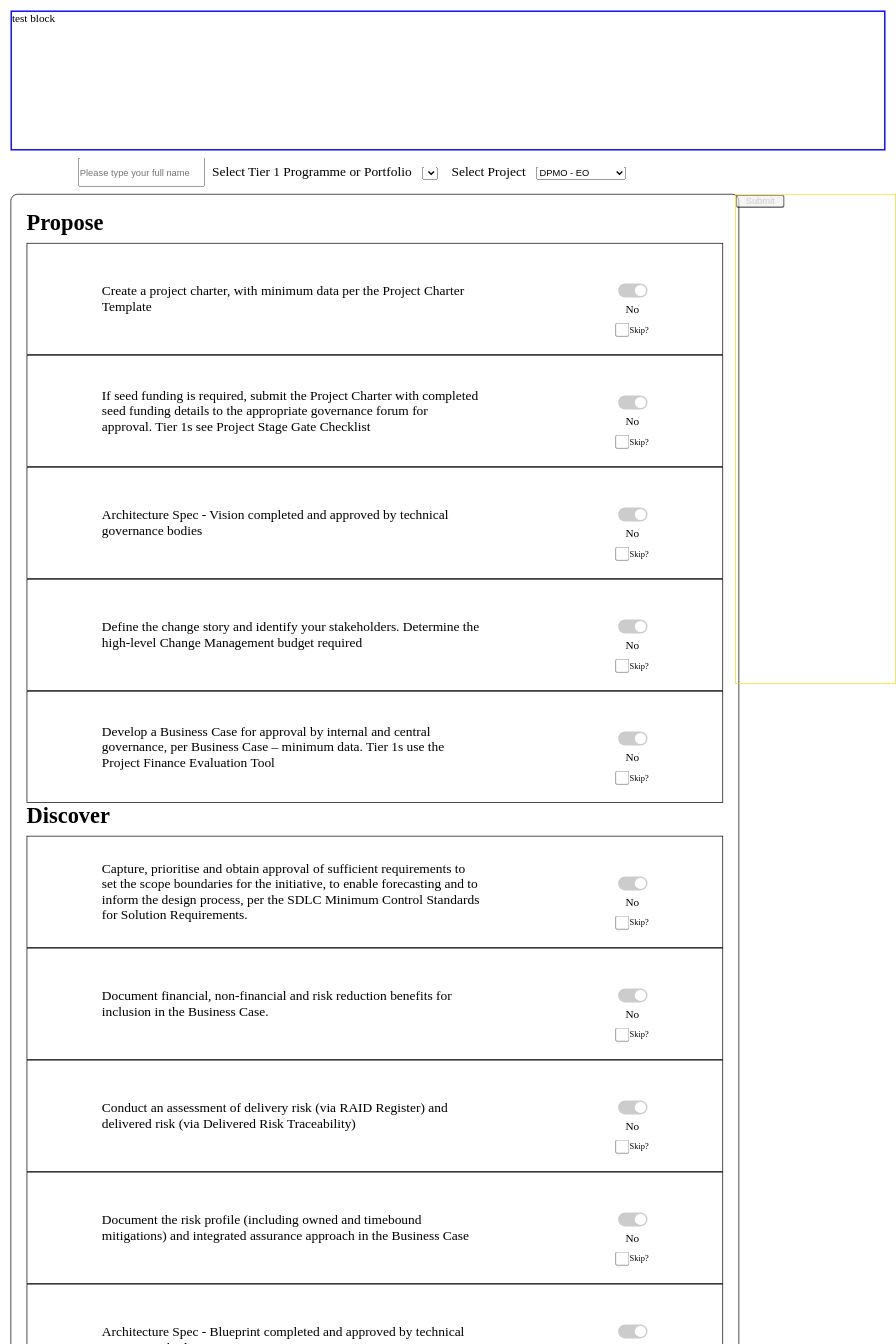
Repository: I-Alpha/JQuery-Html-form
Page: Project-form.html
The author's editor kept a copy of each file at every save. The page is drawn from the files as they stood at one save, then again after a run of saves.
The browser window is 1280 px wide. The pictures show the part of the page from y = 0 to 1920 px (the page is 16897 px tall before and 8709 px after), at 70% of full size.

Above is the page before, as saved 2020-10-27 00:43:57.

### Project-form.html
<!DOCTYPE html>
<html lang="en">

<head>
    <meta charset="UTF-8">
    <meta name="viewport" content="width=device-width, initial-scale=1.0">
    <link rel="preload" type="fetch" id="Excelfile" name="Excelfile" value="QuestionData.xlsx" />
    <script src="https://ajax.googleapis.com/ajax/libs/jquery/3.5.1/jquery.min.js"></script>
    <script src="https://cdnjs.cloudflare.com/ajax/libs/xlsx/0.14.5/xlsx.full.min.js"></script>
    <script src="https://cdnjs.cloudflare.com/ajax/libs/babel-polyfill/6.26.0/polyfill.js"></script>
    <script src="https://cdnjs.cloudflare.com/ajax/libs/xlsx/0.8.0/jszip.js"></script>
    <script src="https://cdnjs.cloudflare.com/ajax/libs/xlsx/0.8.0/xlsx.js"></script>
    <script src="main.js"></script>
    <link rel="stylesheet" href="main.css" />
    </style>
    <title>Document</title>
</head>

<body style=" display:flex; flex-direction: column; padding: 15px">
    <div id="testblock" name="testblock" style="border:2px solid blue; width: 100%; min-height:200px">test block</div>


    <div id="mainwrapper" style="justify-content: center;">
        <div id="preBar" class="container">
            <div id="formControl" class="container">    <input type= "text" id= "fullname" class= "required" placeholder="Please type your full name"></input>
                <label for="selectPorfolio">Select Tier 1 Programme or Portfolio
                    <select name="selectPorfolio" id="selectPorfolio" style=" margin :0 0 0 10px; max-width:8rem;"
                        placeholder="Select Portfolio"></select></label>
                <label for="selectProject">Select Project
                    <select name="selectProject" id="selectProject" style=" margin :0 0 0 10px; max-width:8rem; "
                        placeholder="Select Portfolio"></select></label>
            </div>

        </div>
        <div id="formContainer" class="container">
            <div id="wrapper">
                <form id="form1">

                    <table class="hidden">
                        <tr>
                            <td colspan=4 class="questCol">
                                <label class="questionLabel" for="mainCheck"></label>
                            </td>
                            <td colspan=1 class="inputCol">
                                <span class="inputContainer">
                                    <span class="mainCheckContainer" style=" display:flex; flex-direction: column;">
                                        <label class="switch">
                                            <input class="mainCheck" type="checkbox" checked>
                                            <span class="slider  round"></span>
                                        </label>
                                        <p for="mainCheck" class="mainChoice" data-val="Yes">No</p>
                                    </span>
                                    <span class="skipContainer" style="left : 6px; display:flex; ">
                                        <input class="skipCheck" type="checkbox">
                                        <p class="skipChoice">Skip?</p>
                                    </span>

                                </span>
                            </td>
                            <td colspan=2 class="altCol">
                                <input type="date" min="getDate()">
                                <textarea type="text"
                                    placeholder="Please specify a reason for your choice...."></textarea>
                            </td>
                        </tr>
                    </table>

                </form>
            </div><div></div>
            <div id= "progressBar"  style ="border : 1px solid gold ; width :230px; right: 0;  position: fixed; height: 700px">
            <button style="order:1; margin:0;" class = "disabled"id="submitbtn" type="submit" form="form1" value="Submit">Submit</button>
        </div>
        </div>

    </div>

</body>

</html>

### main.css

    * {
        box-sizing: border-box;
        margin: 0;
        padding: 0;
        color: black;

    }

    html {
        width: 100%;
        height: 100%;

    }


    label{
        font-size:.9rem;
       }

    body {
        width: 100%;
        height: 100%;
        display: flex;
        position: relative;
        flex-direction: column;
    }

    .hidden{
    display:none;
    visibility: none;
    opacity: 0;
   position:absolute;
    }
    .center {

        text-align: center;
    }

    .container {
        display: flex;
        position: relative;
    }


    h1 {
        margin-bottom: 10px;
    }

    #wrapper {
        border: solid 1px black;
        border-radius: 10px;
        padding: 20px;
        margin-bottom: 10px;

    }

    #mainwrapper{
        max-width: 98%;
    }
    p {
        color: black;
        font-size: 1rem;
        height: auto;
        width: auto;
    }

 .disabled{
     opacity: 60%;
     color:darkgray;
     pointer-events: none;
 }
  form{
      width:100%;
      height : auto;
  }

    .skipContainer {
        position: relative;
        align-items: center;
        left: 0;
        display: flex;
        margin-top: 10px;
    }

    .skipCheck {
        width: 20px;
        height: 20px;

    }

    .skipChoice {font-size: 12px;}


    .skipChoice,
    .skipCheck {
        position: relative;
        left: -10px;
    }

    /* slider */
    .switch {
        position: relative;
        display: inline-block;
        width: 42px;
        height: 20px;
    }

    .switch input {
        opacity: 0;
        width: 0;
        height: 0;
    }

    .slider {
        position: absolute;
        cursor: pointer;
        top: 0;
        left: 0;
        right: 0;
        bottom: 0;
        background-color: #ccc;
        -webkit-transition: .4s;
        transition: .4s;
    }

    .slider:before {
        position: absolute;
        content: "";
        height: 16px;
        width: 16px;
        right:2px;
        bottom: 2px;
        background-color: white;
        -webkit-transition: .4s;
        transition: .4s;
    }

    .mainCheck:checked+.slider {
        background-color: #2196F3;
    }

    .mainCheck:focus+.slider {
        box-shadow: 0 0 1px #2196F3;
    }

    .mainCheck:checked+.slider:before {
        -webkit-transform: translateX(-23px);
        -ms-transform: translateX(-23px);
        transform: translateX(-23px);
    }

    /* Rounded sliders */
    .slider.round {
        border-radius: 34px;
    }

    .slider.round:before {
        border-radius: 50%;
    }

    /*end of slider section*/

    button {
        margin: 10px;
        width: 70px;
        border-radius: 4px;
    }

    td {
         display: flex;
         flex-direction: column;
    }
    td > *{
         padding : 5px 0;
    }


    tr{
        height:10rem;   border: 1px solid black;
        border-collapse: collapse;
}

tr::after{
    border: 1px solid green;
    height:1px;
    content: :" ";
    width: 100%;
    position: relative;
    display: block;
}

td.inputContainer {
    display: inline-block;
    height:100%;
}

td.inputCol{
    display:flex;
    position: relative;
    text-align: center;
    align-items:center;
    min-height:100%;

}

  .questCol textarea{

   padding:  2px  3px;
   display: block;
   position: relative;
   min-width: 95%;
}



/* iPads (portrait and landscape) ----------- */
@media only screen
and (min-device-width : 768px)
and (max-device-width : 1024px) {
/* Styles */
}

/* iPads (landscape) ----------- */
@media only screen
and (min-device-width : 768px)
and (max-device-width : 1024px)
and (orientation : landscape) {
/* Styles */
}

/* iPads (portrait) ----------- */
@media only screen
and (min-device-width : 768px)
and (max-device-width : 1024px)
and (orientation : portrait) {
/* Styles */
}

/* Desktops and laptops ----------- */
@media only screen
and (min-width : 1224px) {
/* Styles */

 label {
     font-size: 1.2rem;
 }

#wrapper{
     min-width: 85%;
     height:auto;
    }

    .inputContainer{

        position: relative;
        top:15px;
     }

    td.inputCol{
        position: absolute;
        vertical-align: middle;
        justify-items: center;
        justify-content: center;
        padding:0 10px;
        height: 160px;
    }

    td {
        position: relative;
        justify-content: center;
        padding:10px 15px;}

    .questCol{
        padding-right: 5px;
        max-width:35rem;
    }

    td.altCol{
        position: absolute;
        height: 100%;
        width:100%;
    }
     textarea{
        resize: none;
        display: block;
        font-size: 13px;
        text-align: start;
        align-content: flex-start;
         width:100%;
         top:10px;
         position: relative;
         margin-top:10px;
         padding: 4px 4px;
         align-items: flex-start;
    }

     td.altCol input {
         width:100%;
     }

    tr{
        display: flex;
        flex-direction: row;
        border: 1px solid black;
        border-collapse: collapse;
        justify-content: space-around;

    }


  #preBar{
   display: flex;
    flex-direction: row;
 padding:  0 97px;

   margin : 10px 0;
  }


  #preBar div{
 display: flex;

  }

  #radioBtnBox label{
    margin: 0 20px;
  }

  #radioBtnBox label input{
    margin: 0 10px;
  }
  #radioBtnBox{
    margin-left:90px;
    border:1px solid black;
    padding: 10px 0;
}

#formControl select{

    margin: 0px 10px 0  0;
}
#formControl label{
   margin:10px;
    align-items:center;

}

#form1 {


    position: relative;
display: flex;
flex-direction: column;
}

table{
    width:100%;
}


.mainChoice {
    display: flex;
    margin-top: 8px;
    left:10px;
    position: relative;
}

#formContainer{


}

td.inputContainer {
    display: inline-block;
    height:100%;
}

td.inputCol{
    display:flex;
    position: relative;
    vertical-align: middle;
    text-align: center;
    align-items:center;
    min-height:100%;

}
}

/* Large screens ----------- */
@media only screen
and (min-width : 1824px) {
/* Styles */
}

/* iPhone 4 ----------- */
@media
only screen and (-webkit-min-device-pixel-ratio : 1.5),
only screen and (min-device-pixel-ratio : 1.5) {
/* Styles */
}

Loaded but not shown: main.js (514 lines, source omitted)

After the next 2 saves:
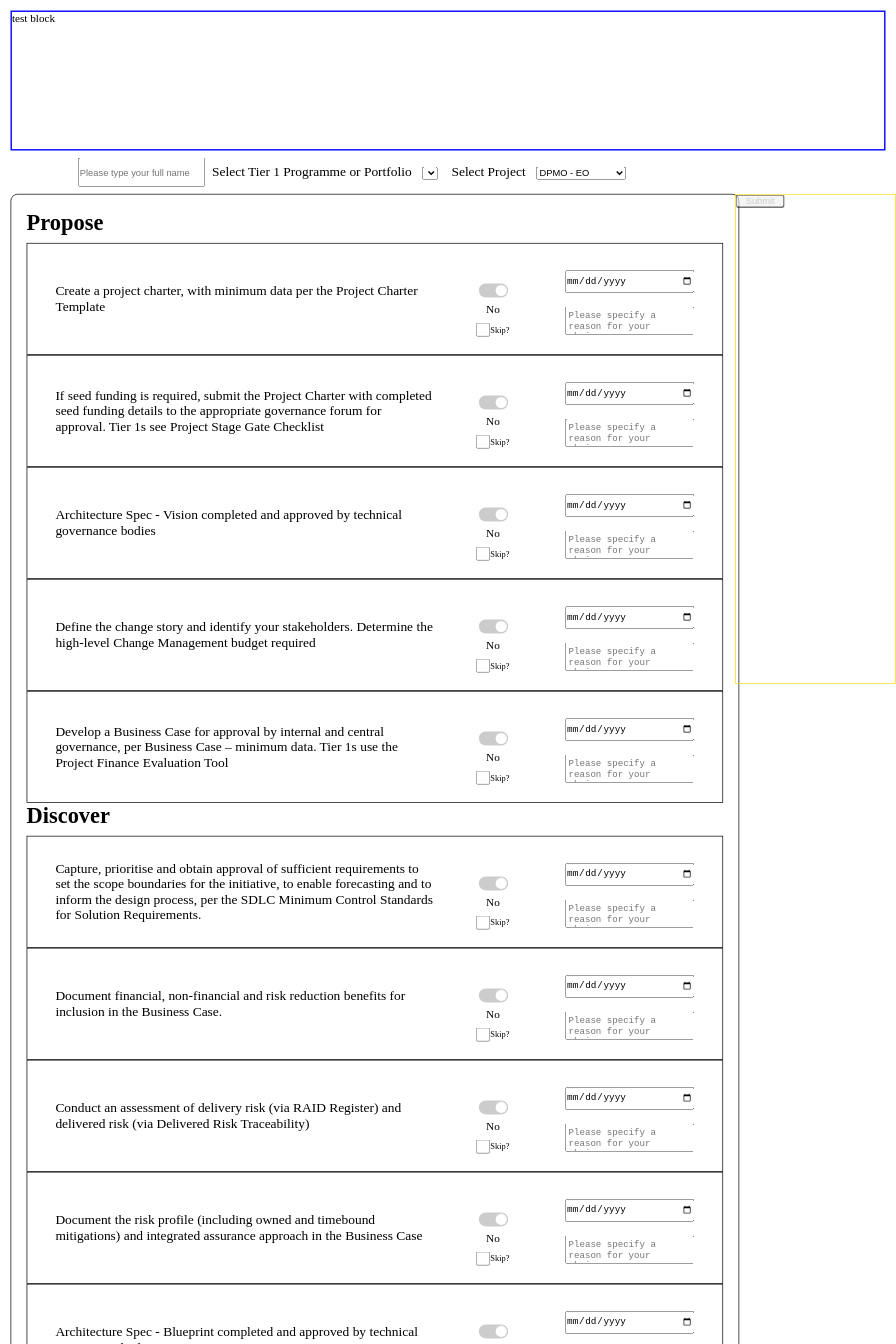
The 2 saves are shown as one change because they came seconds apart.
The last was saved 11 s later.
--- a/main.css
+++ b/main.css
@@ -277,9 +277,8 @@ and (min-width : 1224px) {
     }
 
     td.altCol{
-        position: absolute;
+    position: relative;
         height: 100%;
-        width:100%;
     }
      textarea{
         resize: none;
